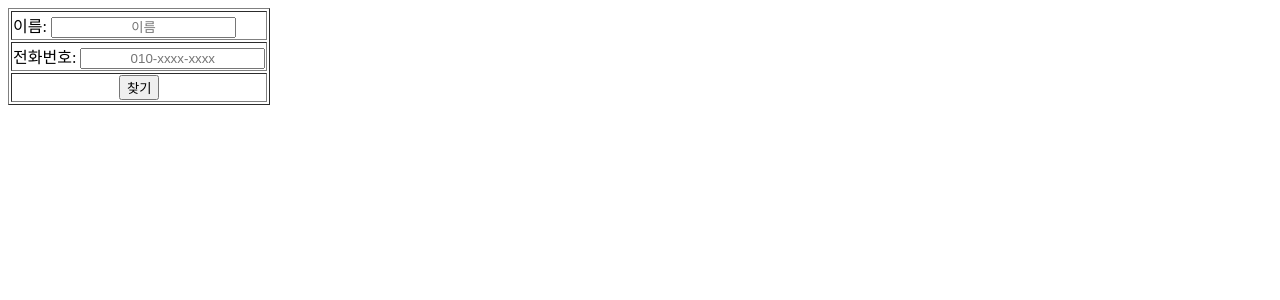
Repository: leeseokh/jquery
Page: workspace/MemberPj/WebContent/html/아디, 비번 찾기/id찾기.html
These files come from the project's save history. The page is drawn as it stood at one moment and after the next save; the edit follows.
The browser window is 1280 px wide. The pictures show the whole page.

Above is the page before, as saved 2021-06-17 12:11:46.

After the next save:
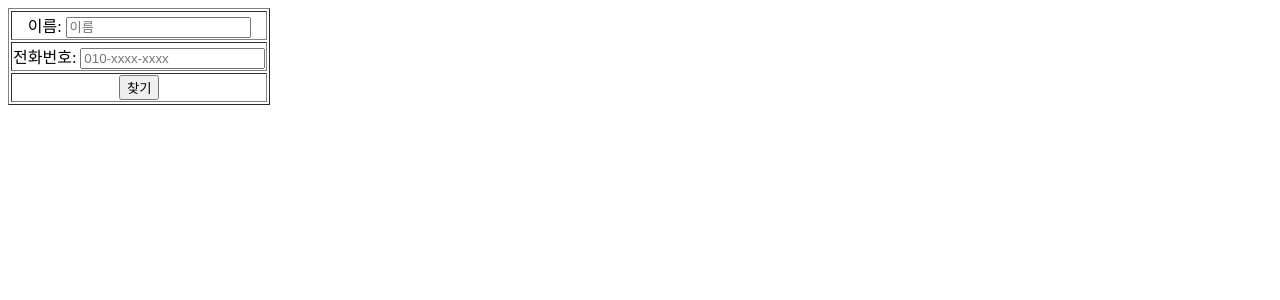
Saved 14 s later.
--- a/workspace/MemberPj/WebContent/html/아디, 비번 찾기/id찾기.html
+++ b/workspace/MemberPj/WebContent/html/아디, 비번 찾기/id찾기.html
@@ -4,7 +4,7 @@
 	<meta charset="UTF-8">
 	<title>Insert title here</title>
 	<style type="text/css">
-		input {
+		td {
 			text-align:center;
 			padding-top:2;
 		}
